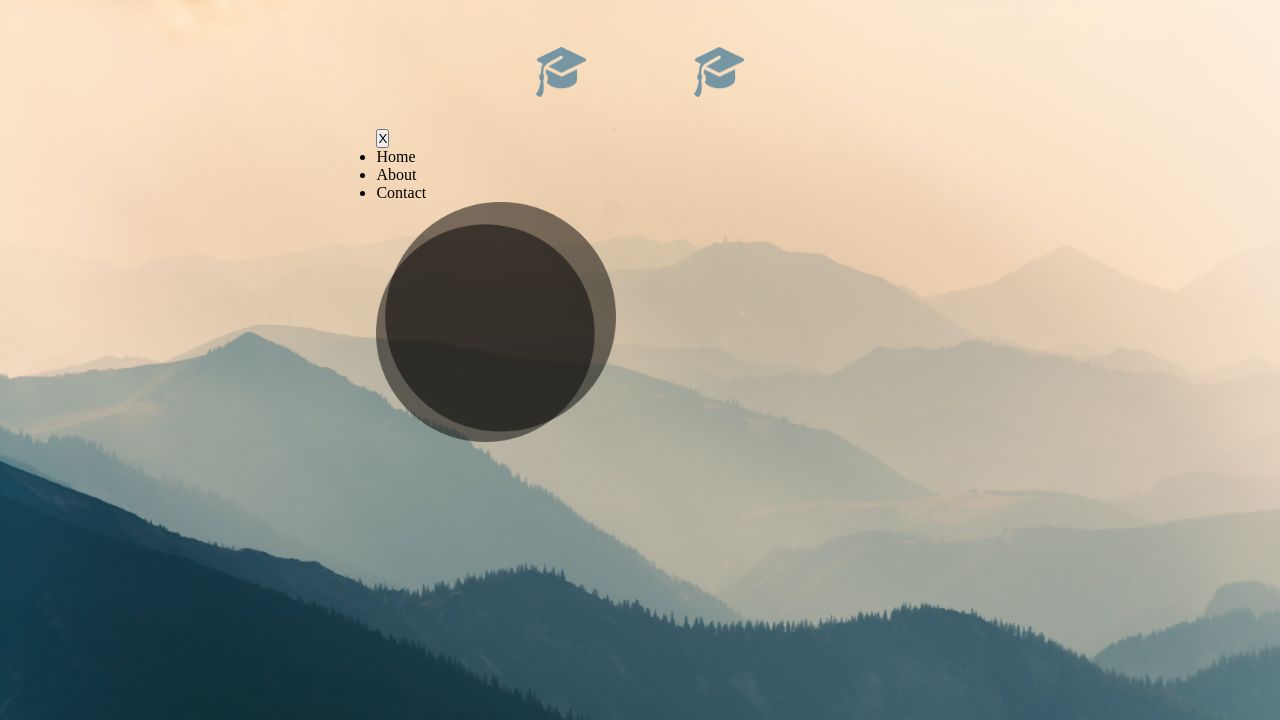
Repository: Sheraliramzan/Aly_A01253508_Assignment1
Page: /, after clicking the first element matching `img`
The author's editor kept a copy of each file at every save. The page is drawn from the files as they stood at one save, then again after the next save.
The browser window is 1280 px wide. The pictures show the whole page.
An inner scrolling area shows only its first screen. The project was rebuilt for these pictures with package versions that can differ from the ones it lists, and the page was loaded fresh each time. The framework's server and built-in components were replaced by stand-ins that run in the browser. Also part of the build but not shown: next.config.js.

Above is the page before, as saved 2023-02-04 17:08:47.

### pages/index.js
import Head from 'next/head'
import Image from 'next/image'
import styles from '../styles/Home.module.css'
import Navbar from '../components/nav/nav'

export default function Home() {
  return (
    <>
      <Head>
        <title>Home</title>
        <meta name="author" content="MDIA 2109" />
        <meta property="og:title" content= "Assignment #1 - Home Page"/>
        <meta property="og:description" content= "BCIT Digital Design and Development Diploma"/>
        <meta name="viewport" content="width=device-width, initial-scale=1" />
        <link rel="icon" href="/favicon.png" />
      </Head>
      <main className={styles.main}>
        <div className='fullcont'>
          <Navbar/>
          <div className="headcont">
            <h1 className="headhome">An investment in <br/>knowledge pays the best <br/> interest.</h1>
            <div className="horidiv"></div>
            <p className="para1">Different than a college or university, the British Columbia <br/> Institute of Technology offers practical, flexible, applied education with instructors who have direct, hands-on experience in their field.</p>
          </div>
          <a className='butcont'>
            <button className='but1'>More About Us</button>
            <button className='but1'>Contact Us</button>
          </a>
          <a>
            <span>
              <Image className='downarrow' src ={"/downwardArrow.png"} width={25} height={35}></Image>
            </span>
          </a>
        </div>
      </main>
    </>
  )
}

### styles/globals.css


* {
  box-sizing: border-box;
  padding: 0;
  margin: 0;
}

html,
body {
  max-width: 100vw;
  overflow-x: hidden;

  background-image:url('../public/background-images/backgroundMountain.jpg') ;
  background-size: cover;
  background-repeat: no-repeat;
  height: 100vh;
}
.nav-img-container {
  display: flex;
  align-items: center;
  justify-content: space-between;
  padding: 2rem 10rem;
}
.fullcont{
  margin: 15px;
}
.but1{
  margin: 2px;
  padding: 5px 15px;
  background: none;
  border: 1px solid var(--primary-color);
  border-radius: 5px;
  color:var(--primary-color) ;
}
.butcont{
 margin-left: -123px;
}

.but1:hover{
  background-color: var( --primary-color);
  color: var(--quinary-color);
}
.downarrow{
  position: relative;
  left: 590px;
  top:50px;
}
.headcont{
  display: flex;
  flex-direction: column;
  width: 55%;
  margin-top: 320px;
  margin-left: -121px;
}
.headhome{
  color: var(--primary-color);
  font-size: 25px;
  margin-bottom: 10px;
}
.horidiv{
  width: 60%;
  border: 1px solid var(--secondary-color);
  margin-bottom: 10px;
}
.para1{
  color: var(--primary-color);
  font-size:12px;
  width: 100%;
  opacity: 0.8;
}


#carouselImage{
  height: 200px;
  background-repeat: no-repeat;
  background-size: cover;
  display: flex;
  justify-content: center;
  align-items: center;
  margin: 40px 0px;
}
#testOnImageHere{
  background-color: rgba(16, 46, 53, 0.5);
  padding: 10px;
  margin: 0px 50px;
}

### styles/variables.css
:root{
    --primary-color:#fff;
    --secondary-color:#f4d6b9;
    --ternary-color: #7796a4;
    --quaternary-color:#14343d;
    --quinary-color:rgba(16,46,53,0.5);
}

### styles/Home.module.css
.main {
  display: flex;
  flex-direction: column;
  justify-content: space-between;
  align-items: center;
}

### components/nav/nav.jsx
import Image from "next/image";
import { useState } from "react";
import { useRouter } from "next/router";
import { menuList } from "./data";

export default function Navbar() {
  const [isMenuOpen, setIsMenuOpen] = useState(false);
  const handleMenu = () => {
    setIsMenuOpen(!isMenuOpen);
  };
  const router = useRouter();

  return (
    <>
      <div className="nav-img-container">
        <Image
          src={"/icons/graduation-hat.png"}
          width={50}
          height={50}
          onClick={handleMenu}
        />
        <Image src={"/icons/graduation-hat.png"} width={50} height={50} />
      </div>
      {isMenuOpen && (
        <div className="menu-bg-container">
          <div className="list-container">
            <div className="btn-container">
              <button className="close-btn" onClick={handleMenu}>
                X
              </button>
            </div>
            <ul>
              {menuList.map((o, i) => {
                return (
                  <li
                    key={i}
                    onClick={() => {
                      router.push(`/${o.link}`);
                    }}
                  >
                    {o.name}
                  </li>
                );
              })}
            </ul>
          </div>
          <Image
            src={"/background-images/menuBackground.png"}
            width={240}
            height={240}
          />
        </div>
      )}
    </>
  );
}

### components/nav/data.js


export const menuList = [
    {
      id: 1,
      name: "Home",
      link: "/",
    },
    {
      id: 2,
      name: "About",
      link: "/about",
    },
    {
      id: 3,
      name: "Contact",
      link: "/contact",
    },
  ];

Loaded but not shown: pages/_app.js (common file); pages/_document.js (common file)

After the next save:
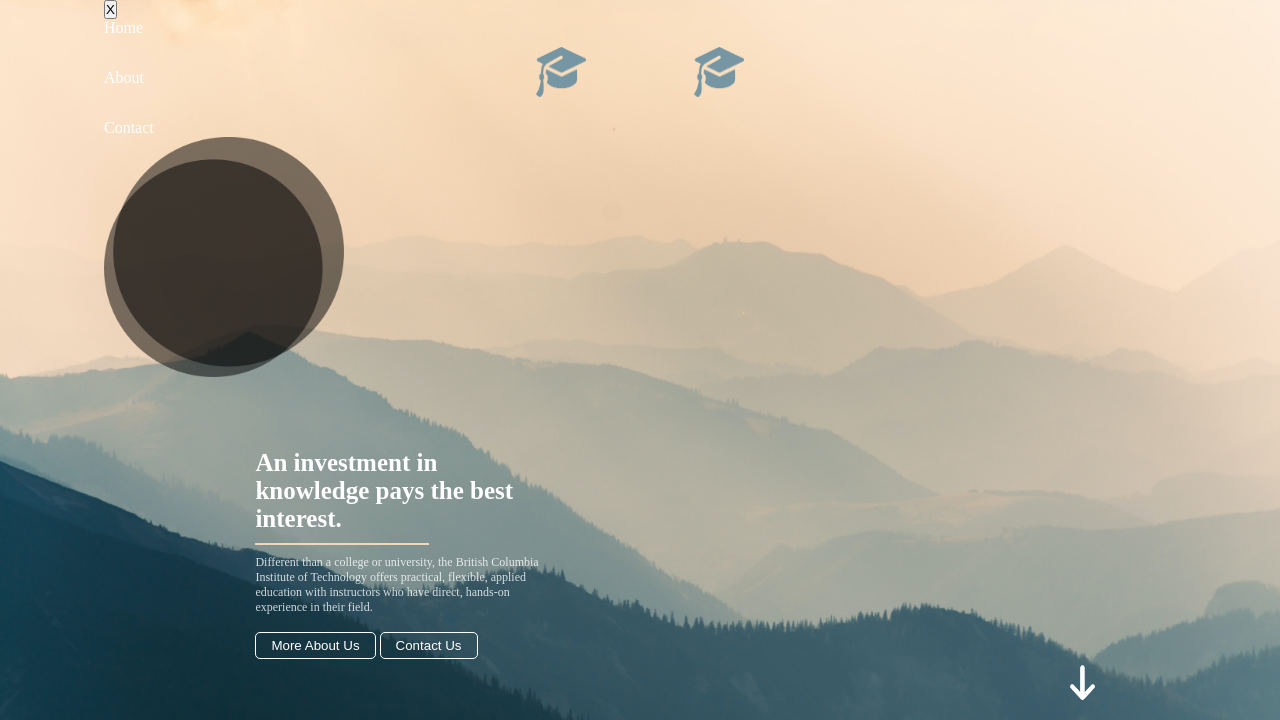
Saved 16 s later.
--- a/styles/globals.css
+++ b/styles/globals.css
@@ -22,6 +22,23 @@ body {
   justify-content: space-between;
   padding: 2rem 10rem;
 }
+.menu-bg-container {
+  position: absolute;
+  top: 0rem;
+  left: 6.5rem;
+}
+
+ul {
+  display: flex;
+  flex-direction: column;
+  gap: 2rem;
+}
+
+ul > li {
+  list-style-type: none;
+  color: white;
+}
+
 .fullcont{
   margin: 15px;
 }
